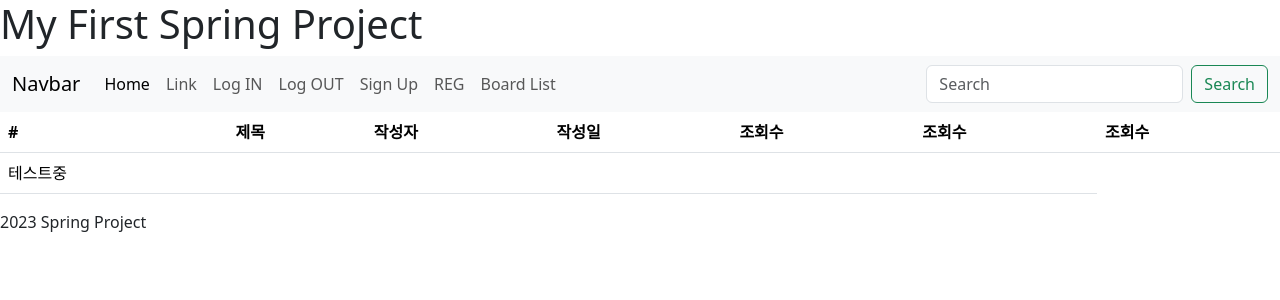
Repository: gatsby5959/_springTest
Page: http://localhost/spring-Test/WEB-INF/views/board/detail.jsp
The author's editor kept a copy of each file at every save. The page is drawn from the files as they stood at one save, then again after the next save.
The browser window is 1280 px wide. The pictures show the whole page.
The page is served by Tomcat 9. Nobody is signed in. Other server files are loaded and not shown. The template is opened directly, without the code that normally fills it, so the values that code supplies are empty.

Above is the page before, as saved 2023-10-05 10:10:14.

### spring-Test/src/main/webapp/WEB-INF/views/board/detail.jsp
<%@ page language="java" contentType="text/html; charset=UTF-8"
    pageEncoding="UTF-8"%>
<%@ taglib uri="http://java.sun.com/jsp/jstl/core" prefix="c" %>
<!DOCTYPE html>
<html>
<head>
<meta charset="UTF-8">
<title>Insert title here</title>
</head>
<body>


<jsp:include page="../layout/header.jsp"></jsp:include>


<table class="table hover">
<thead>
<tr>
	<th>#</th>
	<th>제목</th>
	<th>작성자</th>
	<th>작성일</th>
	<th>조회수</th>
	<th>조회수</th>
	<th>조회수</th>
</tr>
</thead>
<tbody>

	<tr>
		<td>테스트중</td>
		<td>${bvo.bno}</td>
		<td>${bvo.title}</td>
		<td>${bvo.writer}</td>
		<td>${bvo.registerDate}</td>
		<td>${bvo.read_count}</td>
	</tr>

</tbody>
</table>


<jsp:include page="../layout/footer.jsp"></jsp:include>



</body>
</html>

### spring-Test/src/main/webapp/WEB-INF/views/layout/header.jsp
<%@ page language="java" contentType="text/html; charset=UTF-8"
    pageEncoding="UTF-8"%>
<%@ taglib uri="http://java.sun.com/jsp/jstl/core" prefix="c" %>
<!DOCTYPE html>
<html>
<head>
<meta charset="UTF-8">
<link href="https://cdn.jsdelivr.net/npm/bootstrap@5.3.1/dist/css/bootstrap.min.css" rel="stylesheet" integrity="sha384-4bw+/aepP/YC94hEpVNVgiZdgIC5+VKNBQNGCHeKRQN+PtmoHDEXuppvnDJzQIu9" crossorigin="anonymous">
<script src="https://cdn.jsdelivr.net/npm/bootstrap@5.3.1/dist/js/bootstrap.bundle.min.js" integrity="sha384-HwwvtgBNo3bZJJLYd8oVXjrBZt8cqVSpeBNS5n7C8IVInixGAoxmnlMuBnhbgrkm" crossorigin="anonymous"></script>
<title>Insert title here</title>

</head>
<body>
<h1> My First Spring Project </h1>

<nav class="navbar navbar-expand-lg bg-body-tertiary">
  <div class="container-fluid">
    <a class="navbar-brand" href="#">Navbar</a>
    <button class="navbar-toggler" type="button" data-bs-toggle="collapse" data-bs-target="#navbarSupportedContent" aria-controls="navbarSupportedContent" aria-expanded="false" aria-label="Toggle navigation">
      <span class="navbar-toggler-icon"></span>
    </button>
    <div class="collapse navbar-collapse" id="navbarSupportedContent">
      <ul class="navbar-nav me-auto mb-2 mb-lg-0">
        <li class="nav-item">
          <a class="nav-link active" aria-current="page" href="#">Home</a>
        </li>
        <li class="nav-item">
          <a class="nav-link" href="#">Link</a>
        </li>
<!--         <li class="nav-item dropdown"> -->
<!--           <a class="nav-link dropdown-toggle" href="#" role="button" data-bs-toggle="dropdown" aria-expanded="false"> -->
<!--             Dropdown -->
<!--           </a> -->
<!--           <ul class="dropdown-menu"> -->
<!--             <li><a class="dropdown-item" href="#">Action</a></li> -->
<!--             <li><a class="dropdown-item" href="#">Another action</a></li> -->
<!--             <li><hr class="dropdown-divider"></li> -->
<!--             <li><a class="dropdown-item" href="#">Something else here</a></li> -->
<!--           </ul> -->
<!--         </li> -->
        <li class="nav-item">
          <a class="nav-link" href="#">Log IN</a>
        </li>
        <li class="nav-item">
          <a class="nav-link" href="#">Log OUT</a>
        </li>
        <li class="nav-item">
          <a class="nav-link" href="#">Sign Up</a>
        </li>
        <li class="nav-item">
          <a class="nav-link" href="/board/register">REG</a> <!-- 컨트롤러board의 register로 가라 -->
        </li>
        <li class="nav-item">
          <a class="nav-link" href="/board/list">Board List</a>
        </li>
      </ul>
      <form class="d-flex" role="search">
        <input class="form-control me-2" type="search" placeholder="Search" aria-label="Search">
        <button class="btn btn-outline-success" type="submit">Search</button>
      </form>
    </div>
  </div>
</nav>

### spring-Test/src/main/webapp/WEB-INF/views/layout/footer.jsp
<%@ page language="java" contentType="text/html; charset=UTF-8"
    pageEncoding="UTF-8"%>

<div>
2023 Spring Project
</div>
</body>
</html>

After the next save:
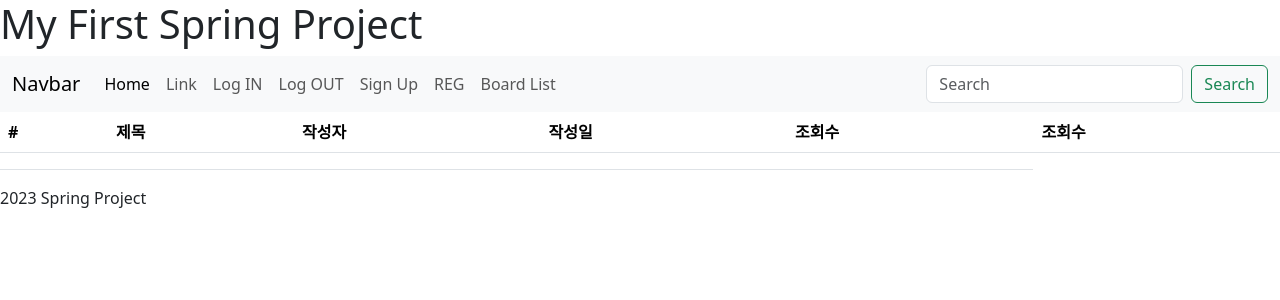
Saved 63 s later.
--- a/spring-Test/src/main/webapp/WEB-INF/views/board/detail.jsp
+++ b/spring-Test/src/main/webapp/WEB-INF/views/board/detail.jsp
@@ -22,13 +22,13 @@
 	<th>작성일</th>
 	<th>조회수</th>
 	<th>조회수</th>
-	<th>조회수</th>
+
 </tr>
 </thead>
 <tbody>
 
 	<tr>
-		<td>테스트중</td>
+
 		<td>${bvo.bno}</td>
 		<td>${bvo.title}</td>
 		<td>${bvo.writer}</td>
